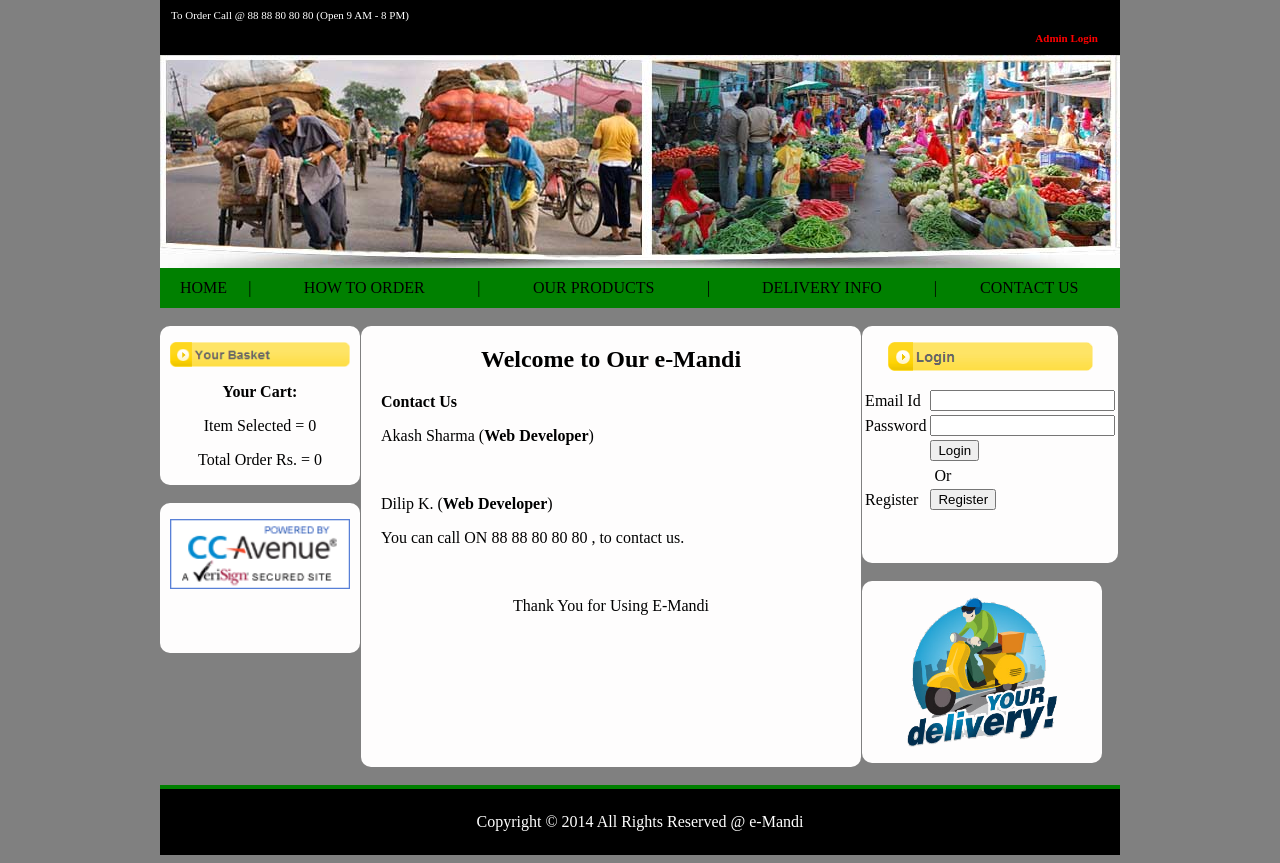
Repository: aashi12/e_mandi
Page: http://localhost/e_mandi/contactUs11.jsp
An editor plug-in stored every save of this project. The page is shown before and after the next save, followed by the edit.
The browser window is 1280 px wide. The pictures show the whole page.
The page is served by Tomcat 9. Other server files are loaded and not shown.

Above is the page before, as saved 2014-04-18 12:55:56.

### e_mandi/WebContent/contactUs11.jsp
<%@ page language="java" contentType="text/html; charset=ISO-8859-1"
    pageEncoding="ISO-8859-1"%>
<!DOCTYPE html PUBLIC "-//W3C//DTD HTML 4.01 Transitional//EN" "http://www.w3.org/TR/html4/loose.dtd">
<html>
<head>
<meta http-equiv="Content-Type" content="text/html; charset=ISO-8859-1">
<title>Online e-Mandi</title>
<link rel="stylesheet" href="style.css" />
</head>
<body bgcolor="gray">
<div id="container">
<div id="main">
<table border="0" width="960" height="270" cellspacing="0" cellpadding="0">
<tr>
<td height="25" bgcolor="black" class="order"><p> &nbsp;&nbsp;&nbsp;&nbsp;To Order Call @ 88 88 80 80 80 (Open 9 AM - 8 PM)</p>
<p align="right" class="admin"><b><a href="admin.jsp">Admin Login</a> &nbsp; &nbsp; &nbsp; &nbsp;</b></p>
</td>
</tr>
<tr>
<td class="bann">
<!--  banner -->
</td>
</tr>
</table>
<table border="0" width="960" height="40" cellspacing="0" cellpadding="0">
<tr bgcolor="green">
<td align="center" class="tab"><a href="SuccessLogin.jsp">HOME</a></td>
<td align="center" class="tab">|</td>
<td align="center" class="tab"><a href="howToOrder11.jsp">HOW TO ORDER</a></td>
<td align="center" class="tab">|</td>
<td align="center" class="tab"><a href="ourProducts11.jsp">OUR PRODUCTS</a></td>
<td align="center" class="tab">|</td>
<td align="center" class="tab"><a href="deliveryInfo11.jsp">DELIVERY INFO</a></td>
<td align="center" class="tab">|</td>
<td align="center" class="tab"><a href="contactUs11.jsp">CONTACT US</a></td>
</tr>
</table>
<br/>
<table border="0" width="960" height="auto" cellspacing="0" cellpadding="0">
<tr>
<td width="200" valign="top">
<table class="basket" width="200" height="150" cellspacing="0" cellpadding="0" bgcolor="#fefdfd">
<tr>
<td align="center" valign="top">
<p><img src="images/basket.png" width="180"/></p>
<p class="bask"><b>Your Cart:</b></p>
<p>Item Selected = <% Integer a=(Integer)session.getAttribute("count");
if(a==null)
	 {
		 a=new Integer(0);

	 }

%> <%= a.intValue() %></p>
<p>Total Order Rs. = <%   Integer amu=(Integer)session.getAttribute("amount");
if(amu==null)
	 {
		 amu=new Integer(0);

	 }
%>
<%= amu %>
</p>

</td>
</tr>
</table>
&nbsp;
<table class="basket" width="200" height="150" cellspacing="0" cellpadding="0" bgcolor="#fefdfd">
<tr>
<td align="center" valign="top">
<p><img src="images/ccav.gif" width="180"/></p>
</td>
</tr>
</table>
</td>
<td width="560" align="center" valign="top">
<table class="basket" border="0" width="500" height="150" cellspacing="0" cellpadding="0" bgcolor="#fefdfd">
<tr>
<td  valign="top">
<h2 align="center">Welcome to Our e-Mandi</h2>
<div id="con1">
<p><b>Contact Us</b></p>
<p>Akash Sharma (<b>Web Developer</b>)</p>
<p>&nbsp;</p>
<p>Dilip K. (<b>Web Developer</b>)</p>
<p>You can call ON    88 88 80 80 80 , to contact us.</p>

<p>&nbsp;</p>

<center><p> Thank You for Using E-Mandi</p></center>
<p>&nbsp;</p>
<p>&nbsp;</p>
<p>&nbsp;</p>
<p>&nbsp;</p>
</div>
</td>
</tr>
</table>

</td>
<td width="300" valign="top">
<table border="0" class="basket" width="200" height="150" cellspacing="0" cellpadding="0" bgcolor="#fefdfd">
<tr>
<td align="center">
<p><img src="images/login.png" /></p>
<form action="Validate" method="post">
<table width="240">
<tr>
<td>Email Id</td>
<td><input type="text" name="email"></td>
</tr>
<tr>
<td>Password</td>
<td><input type="password" name="pass"></td>
</tr>
<tr>
<td></td>
<td><input type="submit" value="Login"></td>
</tr>

<tr>
<tr>
<td>&nbsp;</td>
<td>&nbsp;Or</td>
</tr>
</form>
<tr>
<td>Register
<p>&nbsp;</p></td>
<td><a href="Register.jsp"><input type="button" value="Register"></a>
<p>&nbsp;</p>
</td>
</tr>
</table>
</td>
</tr>
</table>
&nbsp;
<table border="0" class="basket" width="240" height="150" cellspacing="0" cellpadding="0" bgcolor="#fefdfd">
<tr>
<td align="center">
<p><img src="images/free.png" width="150" height="150" /></p>
</td>
</tr>
</table>
</td>
</tr>
</table>
&nbsp;
<table border="0" width="960" height="70" cellspacing="0" cellpadding="0">
<tr>
<td height="4" bgcolor="green"></td>
</tr>
<tr>
<td height="65" bgcolor="black" align="center" class="foot">
<p>Copyright &copy; 2014 All Rights Reserved @ e-Mandi</p>
</td>
</tr>
</table>
</div>
</div>
</body>
</html>

### e_mandi/WebContent/style.css
#container{margin-top:-10px;}
#main{margin: 0px auto;width:960px;}
.tab{color:#000;text-decoration:none;}
.tab a{color:#000;text-decoration:none;}
.tab a:hover{color:#fff;text-decoration:none;}
.tab12{color:#fff;text-decoration:none;}
.tab12 a{color:#fff;text-decoration:none;}
.tab12 a:hover{color:red;text-decoration:none;}
.bann{background-image: url(images/header.jpg);}
.order{color:#fff; font-size:11px;}
.free{padding-left:400px;}
.logo{padding-bottom:50px;}
.basket{border-radius:10px;}
.foot{color:#fff;}
.cat{color:#000;text-decoration:none;}
.cat a{color:red;text-decoration:none;}
.cat a:hover{color:green;text-decoration:none;}
.admin{color:red;text-decoration:none; }
.admin a{color:red; text-decoration:none;}
.admin a:hover{color:#fff;text-decoration:none; }
#con1{padding-left:20px;padding-right:20px;}
img{border:none;}
a{text-decoration:none;}
.log a{text-decoration:none;}
.section a{color:green;text-decoration:none;}
.section a:hover{color:red;text-decoration:none;}
.quick{color:green;text-decoration:underline;}
#login
{
	text-align:center;

}

After the next save:
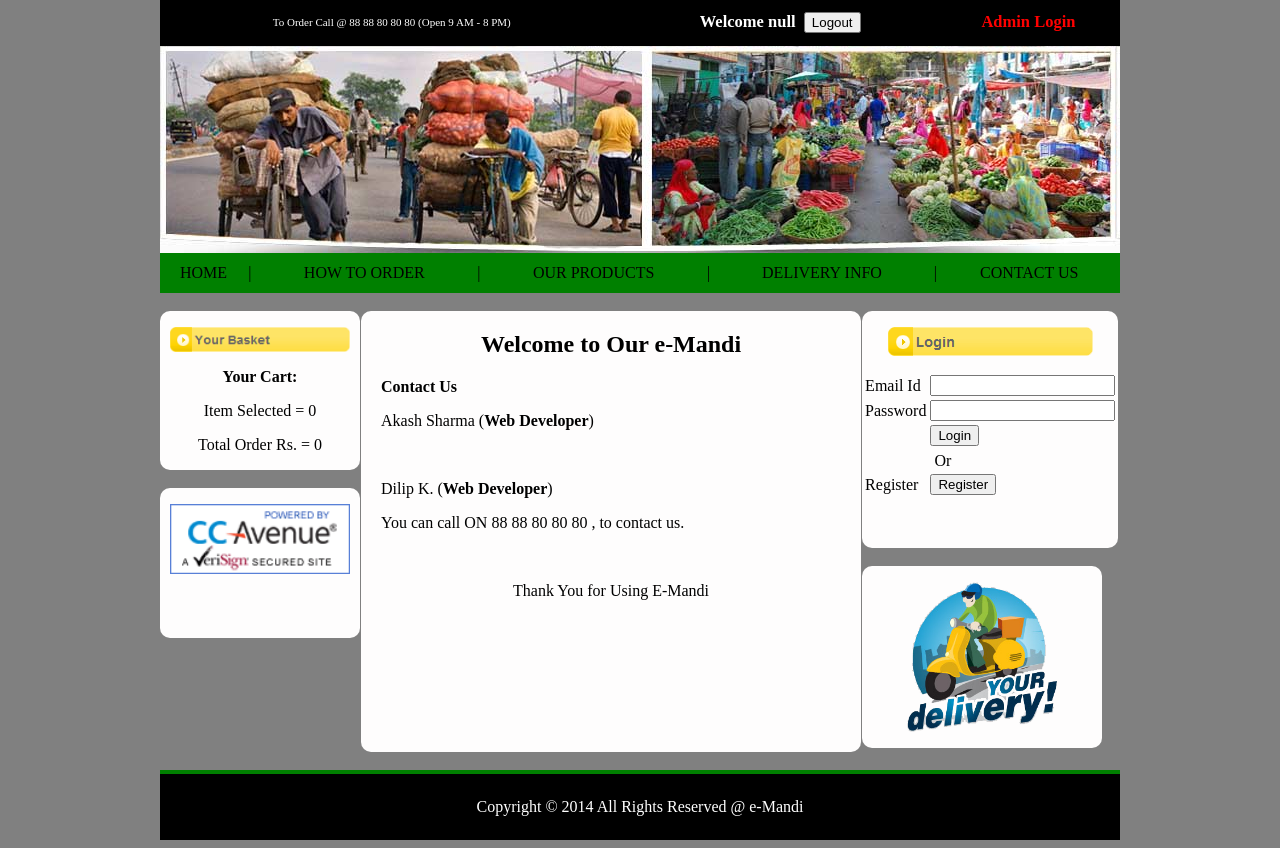
Saved 2 min 8 s later.
--- a/e_mandi/WebContent/contactUs11.jsp
+++ b/e_mandi/WebContent/contactUs11.jsp
@@ -10,11 +10,20 @@
 <body bgcolor="gray">
 <div id="container">
 <div id="main">
-<table border="0" width="960" height="270" cellspacing="0" cellpadding="0">
+<table border="0" width="960" height="255" cellspacing="0" cellpadding="0">
 <tr>
-<td height="25" bgcolor="black" class="order"><p> &nbsp;&nbsp;&nbsp;&nbsp;To Order Call @ 88 88 80 80 80 (Open 9 AM - 8 PM)</p>
-<p align="right" class="admin"><b><a href="admin.jsp">Admin Login</a> &nbsp; &nbsp; &nbsp; &nbsp;</b></p>
-</td>
+<td height="30" bgcolor="black" class="order">
+<table border="0" width="960" height="30" cellspacing="0" cellpadding="0">
+<tr>
+<td align="center"><p>To Order Call @ 88 88 80 80 80 (Open 9 AM - 8 PM)</p></td>
+<td align="center">
+<!-- user login details -->
+<%
+String usd =(String)session.getAttribute("user");
+out.print("<h2>Welcome "+usd); %>&nbsp;
+<a href="Logout1"><input type="button" value="Logout"></a></h2> </td>
+<td align="center"><h2 class="admin"><a href="#">Admin Login</a></h2></td>
+</tr></table></td>
 </tr>
 <tr>
 <td class="bann">
